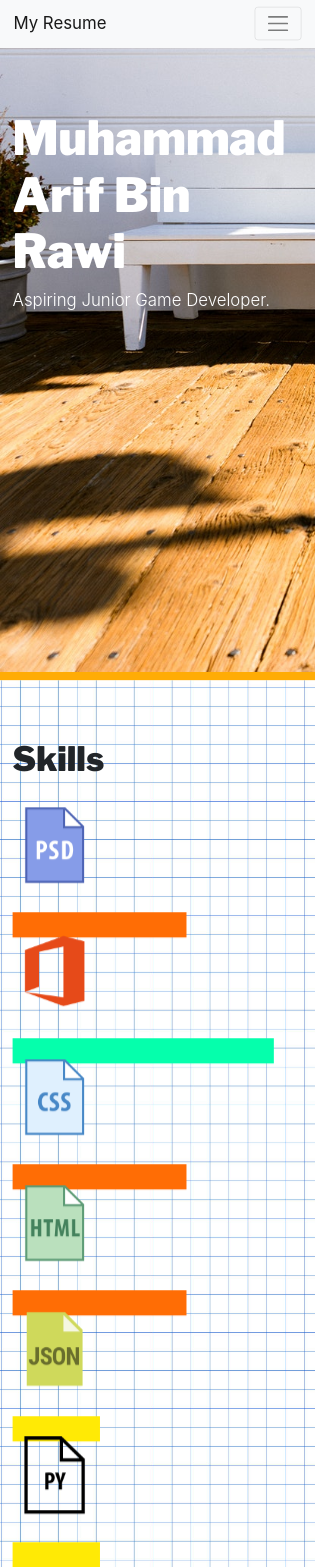
Repository: muhdarifrawi/resume-project
Page: index.html
The author's editor kept a record of every edit. The page is drawn from the files as they stood at one moment, then again after the next edit.
The browser window is 375 px wide. The page is 390 px wide, so the pictures cover 390 px, including what lies to the right of the window. The pictures show the part of the page from y = 0 to 1866 px (the page is 7164 px tall before and 7224 px after), at 84% of full size.
Pictures or frames that could not be fetched are drawn as grey boxes. Some web libraries are served in a nearby version.

Above is the page before.

### index.html
<!doctype html>
<html lang="en">

<head>
    <!-- Required meta tags -->
    <meta charset="utf-8">
    <meta name="viewport" content="width=device-width, initial-scale=1, shrink-to-fit=no">
    <!-- Font Awesome script -->
    <script src="https://kit.fontawesome.com/00e1568e72.js"></script>
    <!-- GOOGLE font -->
    <link href="https://fonts.googleapis.com/css?family=Libre+Franklin:900&display=swap" rel="stylesheet">
    <!-- AOS script -->
    <link href="https://unpkg.com/aos@2.3.1/dist/aos.css" rel="stylesheet">

    <!-- Bootstrap CSS -->
    <link rel="stylesheet" href="https://stackpath.bootstrapcdn.com/bootstrap/4.3.1/css/bootstrap.min.css" integrity="sha384-ggOyR0iXCbMQv3Xipma34MD+dH/1fQ784/j6cY/iJTQUOhcWr7x9JvoRxT2MZw1T" crossorigin="anonymous">
    <link rel="stylesheet" href="style.css" type="text/css" />
    <title>Online Resume</title>
</head>

  <!-- scroll spy added to body section -->
<body data-spy="scroll" data-target="#navscroll" data-offset="100">
    <!-- Navbar starts here -->
    <nav id="navscroll" class="navbar fixed-top navbar-expand-lg navbar-light bg-light">
        <a class="navbar-brand" href="#">My Resume</a>
        <button class="navbar-toggler" type="button" data-toggle="collapse" data-target="#navbarSupportedContent" aria-controls="navbarSupportedContent" aria-expanded="false" aria-label="Toggle navigation">
    <span class="navbar-toggler-icon"></span>
  </button>

        <div class="collapse navbar-collapse" id="navbarSupportedContent">
            <ul class="navbar-nav mr-auto">
                <li class="nav-item">
                    <a class="nav-link" href="#home">Home <span class="sr-only">(current)</span></a>
                </li>
                <li class="nav-item">
                    <a class="nav-link" href="#skills">Skills</a>
                </li>

                <li class="nav-item">
                    <a class="nav-link" href="#projects">Projects</a>
                </li>

                <li class="nav-item">
                    <a class="nav-link" href="#hobbies">Hobbies</a>
                </li>

                <li class="nav-item">
                    <a class="nav-link" href="#contact">Contact Me</a>
                </li>

            </ul>

        </div>
    </nav>
    <!-- navbar ends here -->

    <!--Jumbotron -->
    <div class="jumbotron jumbotron-fluid" id="home">
        <div class="container">
            <h1 class="display-4">Muhammad Arif Bin Rawi</h1>
            <p class="lead">Aspiring Junior Game Developer. </p>
        </div>
    </div>

    <div class="orange strip"></div>

<div class="container" id="skills">

<h1>Skills</h1>
    <!-- created div to slot in AOS -->
   <div data-aos="fade-right" data-aos-offset="300" data-aos-easing="ease-in-sine">
        <!-- photoshop row -->
        <div class="row pt-md-5">
            <div class="col-lg-3 col-sm-6">
                <div class="ware">
                    <img src="image/icon/PS.png" alt="photoshop" class="rounded">
                    <div class="house">
                        <div class="text">
                            <h5>Photoshop</h5>
                        </div>
                        <div class="text2">
                            <h6>Good</h6>
                        </div>
                    </div>
                </div>
            </div>
            <div class="col-lg-9 col-sm-6">
                <div class="bar-mid"></div>
            </div>
        </div>

        <!-- ms office row -->
        <div class="row">
            <div class="col-lg-3 col-sm-6">
                <div class="ware">
                    <img src="image/icon/MSO.png" alt="MS Office" class="rounded">
                    <div class="house">
                        <div class="text">
                            <h5>MS Office</h5>
                        </div>
                        <div class="text2">
                            <h6>Advance</h6>
                        </div>
                    </div>
                </div>
            </div>
            <div class="col-lg-9 col-sm-6">
                <div class="bar-full"></div>
            </div>
        </div>

        <!-- CSS row -->
        <div class="row">
            <div class="col-lg-3 col-sm-6">
                <div class="ware">
                    <img src="image/icon/CSS.png" alt="CSS" class="rounded">
                    <div class="house">
                        <div class="text">
                            <h5>CSS</h5>
                        </div>
                        <div class="text2">
                            <h6>Good</h6>
                        </div>
                    </div>
                </div>
            </div>
            <div class="col-lg-9 col-sm-6">
                <div class="bar-mid"></div>
            </div>
        </div>

        <!-- HTML row -->
        <div class="row">
            <div class="col-lg-3 col-sm-6">
                <div class="ware">
                    <img src="image/icon/HTML.png" alt="HTML" class="rounded">
                    <div class="house">
                        <div class="text">
                            <h5>HTML</h5>
                        </div>
                        <div class="text2">
                            <h6>Good</h6>
                        </div>
                    </div>
                </div>
            </div>
            <div class="col-lg-9 col-sm-6">
                <div class="bar-mid"></div>
            </div>
        </div>

        <!-- Java row -->
        <div class="row">
            <div class="col-lg-3 col-sm-6">
                <div class="ware">
                    <img src="image/icon/JS.png" alt="Java" class="rounded">
                    <div class="house">
                        <div class="text">
                            <h5>Java</h5>
                        </div>
                        <div class="text2">
                            <h6>Basic</h6>
                        </div>
                    </div>
                </div>
            </div>
            <div class="col-lg-9 col-sm-6">
                <div class="bar-min"></div>
            </div>
        </div>

        <!-- Python row -->
        <div class="row">
            <div class="col-lg-3 col-sm-6">
                <div class="ware">
                    <img src="image/icon/PY.png" alt="Python" class="rounded">
                    <div class="house">
                        <div class="text">
                            <h5>Python</h5>
                        </div>
                        <div class="text2">
                            <h6>Basic</h6>
                        </div>
                    </div>
                </div>
            </div>
            <div class="col-lg-9 col-sm-6">
                <div class="bar-min"></div>
            </div>
        </div>
    </div>
</div>

    <!-- <div class="orange strip"></div> -->

<!--usage of jumbotron to overcome "no-stretch" problem -->
<div class="jumbotron jumbotron-fluid "  id="projects">
<div class="container">
        <h1>Projects</h1>
        <div class="row">
            <div class="col">
                <div class="card note" style="width: 18rem;">
                    <div class="card-body">
                        <h5 class="card-title">Online Resume</h5>
                        <h6 class="card-subtitle mb-2 text-muted">HTML, CSS, Bootstrap</h6>
                        <p class="card-text">Project displaying the basics of creating a webpage.</p>

                        <a href="https://muhdarifrawi.github.io/resume-project/" target="_blank" class="card-link">
                            <div class="rounded-box"><i class="far fa-window-maximize"></i></div></a>

                        <a href="https://github.com/muhdarifrawi/resume-project" target="_blank" class="card-link">
                            <div class="rounded-box"><i class="fab fa-github"></i></div></a>
                    </div>
                </div>
            </div>

            <div class="col">
                <div class="card note2" style="width: 18rem;">
                    <div class="card-body">
                        <h5 class="card-title">Online Resume</h5>
                        <h6 class="card-subtitle mb-2 text-muted">HTML, CSS, Bootstrap</h6>
                        <p class="card-text">Project displaying the basics of creating a webpage.</p>

                        <a href="https://muhdarifrawi.github.io/resume-project/" target="_blank" class="card-link">
                            <div class="rounded-box"><i class="far fa-window-maximize"></i></div></a>

                        <a href="https://github.com/muhdarifrawi/resume-project" target="_blank" class="card-link">
                            <div class="rounded-box"><i class="fab fa-github"></i></div></a>
                    </div>
                </div>
            </div>

            <div class="col">
                <div class="card note3" style="width: 18rem;">
                    <div class="card-body">
                        <h5 class="card-title">Online Resume</h5>
                        <h6 class="card-subtitle mb-2 text-muted">HTML, CSS, Bootstrap</h6>
                        <p class="card-text">Project displaying the basics of creating a webpage.</p>

                        <a href="https://muhdarifrawi.github.io/resume-project/" target="_blank" class="card-link">
                            <div class="rounded-box"><i class="far fa-window-maximize"></i></div></a>

                        <a href="https://github.com/muhdarifrawi/resume-project" target="_blank" class="card-link">
                            <div class="rounded-box"><i class="fab fa-github"></i></div></a>
                    </div>
                </div>
            </div>

        </div>

        <div class="row">
        <div class="col">
            <div class="card note3" style="width: 18rem;">
                <div class="card-body">
                    <h5 class="card-title">Online Resume</h5>
                    <h6 class="card-subtitle mb-2 text-muted">HTML, CSS, Bootstrap</h6>
                    <p class="card-text">Project displaying the basics of creating a webpage.</p>

                    <a href="https://muhdarifrawi.github.io/resume-project/" target="_blank" class="card-link">
                        <div class="rounded-box"><i class="far fa-window-maximize"></i></div></a>

                    <a href="https://github.com/muhdarifrawi/resume-project" target="_blank" class="card-link">
                        <div class="rounded-box"><i class="fab fa-github"></i></div></a>
                </div>
            </div>
        </div>

        <div class="col">
            <div class="card note" style="width: 18rem;">
                <div class="card-body">
                    <h5 class="card-title">Online Resume</h5>
                    <h6 class="card-subtitle mb-2 text-muted">HTML, CSS, Bootstrap</h6>
                    <p class="card-text">Project displaying the basics of creating a webpage.</p>

                    <a href="https://muhdarifrawi.github.io/resume-project/" target="_blank" class="card-link">
                        <div class="rounded-box"><i class="far fa-window-maximize"></i></div></a>

                    <a href="https://github.com/muhdarifrawi/resume-project" target="_blank" class="card-link">
                        <div class="rounded-box"><i class="fab fa-github"></i></div></a>
                </div>
            </div>
        </div>

        <div class="col">
            <div class="card note2" style="width: 18rem;">
                <div class="card-body">
                    <h5 class="card-title">Online Resume</h5>
                    <h6 class="card-subtitle mb-2 text-muted">HTML, CSS, Bootstrap</h6>
                    <p class="card-text">Project displaying the basics of creating a webpage.</p>

                    <a href="https://muhdarifrawi.github.io/resume-project/" target="_blank" class="card-link">
                        <div class="rounded-box"><i class="far fa-window-maximize"></i></div></a>

                    <a href="https://github.com/muhdarifrawi/resume-project" target="_blank" class="card-link">
                        <div class="rounded-box"><i class="fab fa-github"></i></div></a>
                </div>
            </div>
        </div>

    </div>

    </div>
</div>
<!-- <div class="orange strip"></div> -->

<div class="container" id="hobbies">
    <h1>Hobbies</h1>
    <div class="row">

        <div class="col-sm-6 col-md-4 ">
            <div class="col"><div class="thumb camping"></div></div>
        </div>
        <div class="col-sm-6 col-md-8">
            <div class="card">
                <div class="card-body">
                    <h3>
                      Outdoors
                      <small class="text-muted">Relaxing oneself with nature</small>
                    </h3>

                    <p>
                        Lorem ipsum dolor sit amet, consectetur adipiscing elit. Vestibulum a condimentum arcu. Nullam sed felis sed risus iaculis tincidunt. Nulla facilisi. Ut a dolor a massa pulvinar pretium id eget erat. Donec luctus tortor nec mauris pretium, non mollis nunc tristique. Curabitur tempor tempus leo at rutrum. Ut sit amet justo est. Suspendisse semper odio iaculis metus fringilla lacinia. Nullam a aliquam ex.
                    </p>
                </div>
            </div>
        </div>

    </div>

       <div class="row">

        <div class="col-sm-6 order-sm-2 col-md-4">
            <div class="col"><div class="thumb indoor"></div></div>

        </div>
        <div class="col-sm-6 order-sm-1 col-md-8">

            <div class="card">
                <div class="card-body">
                    <h3>
                    Indoors
                      <small class="text-muted">For those cosy days</small>
                    </h3>

                    <p>
                        Lorem ipsum dolor sit amet, consectetur adipiscing elit. Vestibulum a condimentum arcu. Nullam sed felis sed risus iaculis tincidunt. Nulla facilisi. Ut a dolor a massa pulvinar pretium id eget erat. Donec luctus tortor nec mauris pretium, non mollis nunc tristique. Curabitur tempor tempus leo at rutrum. Ut sit amet justo est. Suspendisse semper odio iaculis metus fringilla lacinia. Nullam a aliquam ex.
                    </p>
                </div>
            </div>

        </div>

    </div>

</div>

<div class="orange strip"></div>

<div class="container" id="contact">


<div class="row">


<!-- left column -->
<div class="col-sm-6 pl-4">
    <!-- top column -->
    <div class="row">
    <h1>Contact Me</h1>
    </div>

<!-- bottom column -->
<div class="row">
<div class="col">
<form>

    <div class="form-group">
        <label for="name">Name</label>
        <input type="text" class="form-control" id="form1" placeholder="Name" required>
    </div>

    <div class="form-group">
        <label for="email">Email Address</label>
        <input type="email" class="form-control" id="form1" placeholder="name@example.com" required>
    </div>


    <div class="form-group">
        <label for="Textarea">Comments</label>
        <textarea class="form-control" id="form1" rows="3" required></textarea>
    </div>

    <input class="btn btn-primary" type="submit" value="Submit">
</form>

</div>
</div>
</div>
<!-- right column-->
<div class="col-sm-6 pl-4">
    <!-- top column -->
    <div class="row">
    <h1>Follow Me</h1>
    </div>
<!--bottom column -->
<div class="col">
    <div class="row pt-3"></div>
    <div class="row">
        <div class="col"><a href="https://www.twitter.com/ArifRawi" target="_blank"><div class="rounded-box"><i class="fab fa-twitter"></i></div></a></div>
        <div class="col"><a href="https://github.com/muhdarifrawi" target="_blank"><div class="rounded-box"><i class="fab fa-github"></i></div></a></div>
        <div class="col"><a href="https://www.instagram.com/muhdarifrawi/" target="_blank"><div class="rounded-box"><i class="fab fa-instagram"></i></div></a></div>

    </div>
    <div class="row"></div>
</div>
</div>
</div>
</div>

<div class="orange banner">
    <div class="container" id="footer">

        <div class="row">

            <div class="col-sm-4 px-4">
                <h6>Acknowledgments</h6>
                    <p>Thank you to all that has helped and guided me in making this project work.</p>



            </div>

            <div class="col-sm-4 px-4">
                <h6>Disclaimer</h6>
                <p>This webpage is a work meant for education purposes only. </p>
            </div>

            <div class="col-sm-4 px-4">
                <h6>Copyright 2019, all rights reserved.</h6>
            </div>
        </div>

    </div>
</div>
    <!-- Optional JavaScript -->
    <!-- jQuery first, then Popper.js, then Bootstrap JS -->
    <script src="https://code.jquery.com/jquery-3.3.1.slim.min.js" integrity="sha384-q8i/X+965DzO0rT7abK41JStQIAqVgRVzpbzo5smXKp4YfRvH+8abtTE1Pi6jizo" crossorigin="anonymous"></script>
    <script src="https://cdnjs.cloudflare.com/ajax/libs/popper.js/1.14.7/umd/popper.min.js" integrity="sha384-UO2eT0CpHqdSJQ6hJty5KVphtPhzWj9WO1clHTMGa3JDZwrnQq4sF86dIHNDz0W1" crossorigin="anonymous"></script>
    <script src="https://stackpath.bootstrapcdn.com/bootstrap/4.3.1/js/bootstrap.min.js" integrity="sha384-JjSmVgyd0p3pXB1rRibZUAYoIIy6OrQ6VrjIEaFf/nJGzIxFDsf4x0xIM+B07jRM" crossorigin="anonymous"></script>
    <!--AOS script -->
    <script src="https://unpkg.com/aos@2.3.1/dist/aos.js"></script>

    <script>
        AOS.init();
    </script>
</body>

</html>

### style.css
html{
    width:100%;
    height:100%;

}

body{
    padding-top:30px;
    width:100%;
    height:100%;

}

.jumbotron{
    margin-bottom:0px;
}

.box{
    height:50px;
    width:50px;
}

.red{
    background-color:red;
}

.blue{
    background-color:blue;
}

.orange{
    background-color:rgba(255, 172, 5, 1);
}

.strip{
    width:100%;
    height:10px;
}

.banner{
    width:100%;
    height:300px;
}

.rect{
    width:100%;
    height:100%;
    padding:15px;
}

.container{
    padding-top:70px;
    padding-bottom:30px;
}

.shelf{
    height:100%;
    width:100%;
}

.col{
    padding:10px;
}


.jumbotron {
  color:white;
}

#home{
    background-image: url("image/bg/bench.jpg");
    background-size: cover;
    /*this allows the image to stretch height to its max. needs html and body to be height:100% as well*/
    height:100%;

}

h1 {
font-family: 'Libre Franklin', sans-serif;
}

.card{
    margin:30px;
    opacity:0.7;
    border:none;
    transition-duration:1s;

}

.card-body{
    background-color:rgb(255, 172, 5);
    border-radius:3px;

}

.card:hover{
    opacity:1;
}

#footer{
    padding-bottom:0px;
    padding-left:0px;
    padding-right:0px;
    width:100%;
}

.btn-primary{
    background-color:rgb(255, 193, 100);
    border-color:rgb(255, 193, 100);

}

.btn-primary:hover {
    background-color:rgb(255, 234, 5);
    border-color:rgb(255, 234, 5);

}

.icon{
    height:60px;
}

#projects{
    background-image:url(image/bg/circuits.jpg);
    background-size:cover;
    height:auto;
    padding:0px;

}

#projects h1{
    color:black;
}

#skills{
    background-image:url(image/bg/graph.jpg);
    background-size:cover;

}

.rounded-box{
    background-color:orange;
    height:50px;
    border-radius:5px;
    text-align:center;
    border:1px;
    transition-duration:0.5s;
}

.rounded-box:hover{
    transition-duration:0.5s;
    background-color:rgb(255, 234, 5);
    border-color:rgb(255, 234, 5);
}

.fa-twitter{
    padding-top:5px;
    font-size:40px;
    color:white;
}

.fa-github{
    padding-top:5px;
    font-size:40px;
    color:white;
}

.fa-instagram{
    padding-top:5px;
    font-size:40px;
    color:white;
}

.fa-window-maximize{
    padding-top:5px;
    font-size:40px;
    color:white;
}

.follow{
    margin-top:50px;
}


.bar-full {
    width:0%;
    height:30px;
    background-color:blue;
    animation-name: adv;
    animation-duration: 4s;
    animation-fill-mode:forwards;
    transform:translate(0, 100%);
}

@keyframes adv{

    from{
        width:0%;
        Background-color:rgb(255, 234, 5);
    }

    to{
        width:90%;
        background-color:rgb(5, 255, 172);

    }

}

.bar-mid {
    width:0%;
    height:30px;
    background-color:blue;
    animation-name: gd;
    animation-duration: 4s;
    animation-fill-mode:forwards;
    transform:translate(0, 100%);
}

@keyframes gd{

    from{
        width:0%;
        Background-color:rgb(255, 234, 5);
    }

    to{
        width:60%;
        background-color:rgb(255, 109, 5);

    }

}

.bar-min {
    width:0%;
    height:30px;
    background-color:blue;
    animation-name: basic;
    animation-duration: 4s;
    animation-fill-mode:forwards;
    transform:translate(0, 100%);
}

@keyframes basic{

    from{
        width:0%;
        Background-color:rgb(255, 234, 5);
    }

    to{
        width:30%;
        background-color:rgb(255, 234, 5);

    }

}

.ware{
    /*background-color:purple;*/
    width:100px;
    height:100%;
    margin-left:150px;

}

.rounded{
    width:100%;
}

.house{
    background-color:rgb(255, 172, 5);
    width:100px;
    height:100%;
    transform:translate(0,-100%);
    opacity:0;
    transition-duration:0.75s;
    position:absolute;
    text-align:justify;
    border-radius:3px;
}

.ware:hover .house{
    opacity:0.9;
    cursor:pointer;
}

.text{
    color:rgb(88, 5, 255);
    margin-top:5px;
    text-align:center;
}

.text2{
    color:rgba(5, 88, 255, 0.7);
    margin-top:5px;
    text-align:center;
}

.note {
    transform:rotate(-10deg);
    transition-duration: 1s;
}

.note:hover {
    transform:rotate(0deg);
}

.thumb{
    height:330px;
    width:330px;
    /*background-color:green;*/
    border-radius:165px;
    border-color:orange;
    border-style:solid;
    border-width:5px;
}

.camping{
  background-image:url(image/thumb/camping.jpg);
  background-size:cover;
}

.indoor{
  background-image:url(image/thumb/indoor.jpg);
  background-size:cover;
}

/* Medium devices (tablets, 768px and up)*/
@media (max-width: 426px) {

    .ware{

    margin-left:0px;
    padding-top:20px;
    }

    .bar-min, bar-mid, bar-full{

    }
}

}

After the next edit:
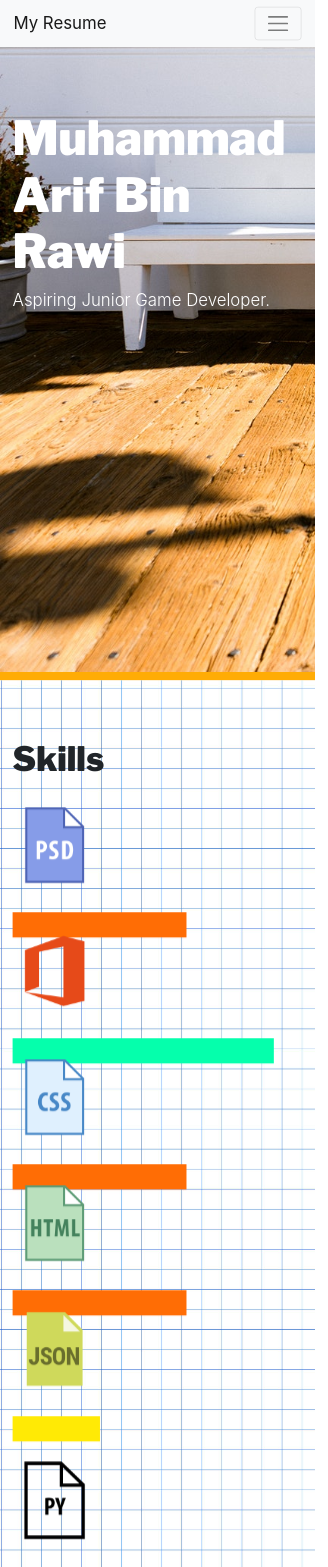
The edit:
--- a/style.css
+++ b/style.css
@@ -337,8 +337,8 @@
     }
 
     .bar-min, bar-mid, bar-full{
-
-    }
-}
-
-}
+        margin-bottom:30px;
+    }
+}
+
+}

After the 2 edits that followed:
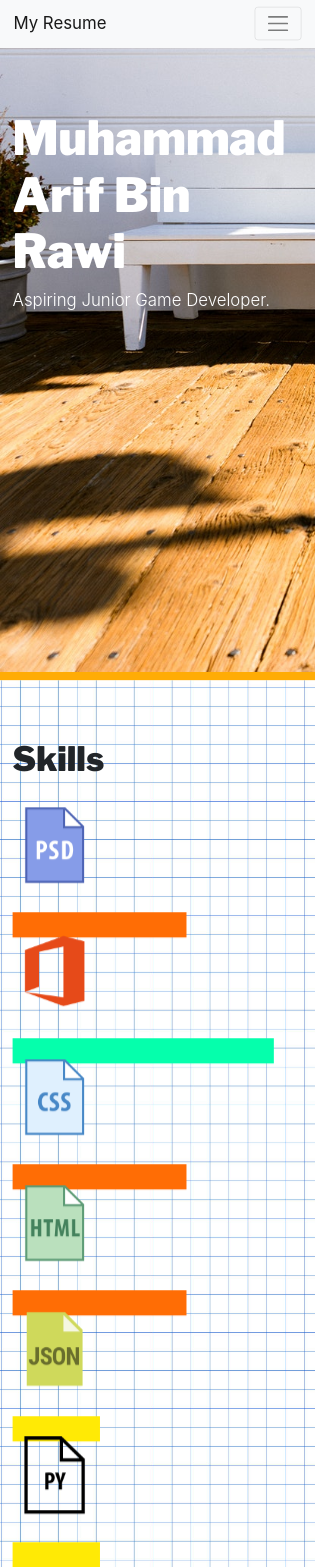
The 2 edits are shown as one change because 1 left the picture as it was.
The edit:
--- a/style.css
+++ b/style.css
@@ -336,9 +336,6 @@
     padding-top:20px;
     }
 
-    .bar-min, bar-mid, bar-full{
-        margin-bottom:30px;
-    }
-}
-
-}
+
+
+}
